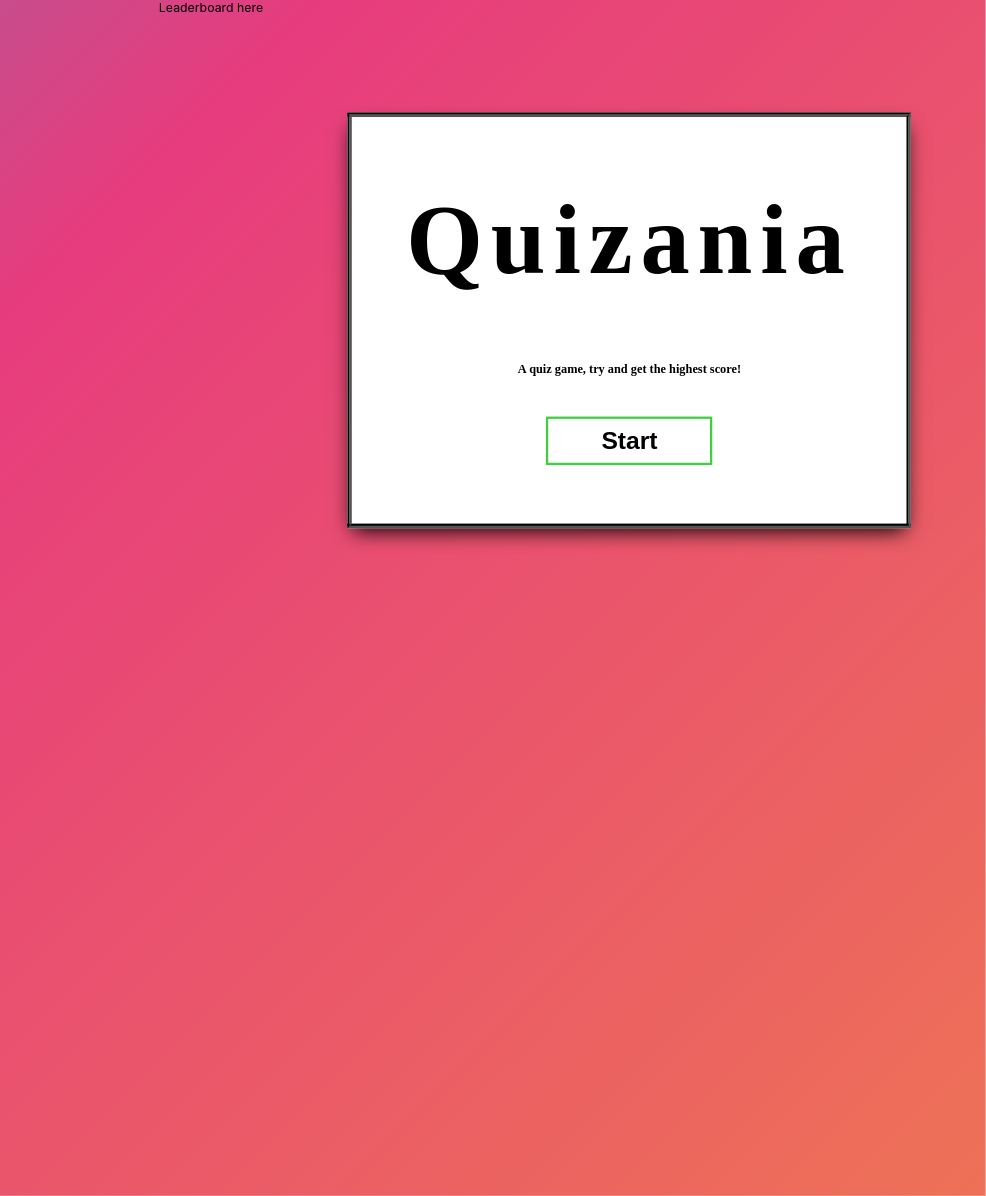
Repository: PatrickTheCodeGuy/QuizApp
Page: / (app in quizapp/)
An editor plug-in stored every save of this project. The page is shown before and after the next save, followed by the edit.
The browser window is 1280 px wide. The pictures show the whole page, at 77% of full size.
The pointer rests on the first visible `.button-start`.
The project was rebuilt for these pictures with package versions that can differ from the ones it lists, and the page was loaded fresh each time.

Above is the page before, as saved 2021-07-08 13:33:36.

### quizapp/src/index.css
body {
  margin: 0;
  font-family: -apple-system, BlinkMacSystemFont, 'Segoe UI', 'Roboto', 'Oxygen',
    'Ubuntu', 'Cantarell', 'Fira Sans', 'Droid Sans', 'Helvetica Neue',
    sans-serif;
  -webkit-font-smoothing: antialiased;
  -moz-osx-font-smoothing: grayscale;
  background: linear-gradient(-45deg, #ee7752, #e73c7e, #23a6d5, #23d5ab);
    background-size: 400% 400%;
    animation: gradient 15s ease infinite;
}

code {
  font-family: source-code-pro, Menlo, Monaco, Consolas, 'Courier New',
    monospace;
}
html, body, #app, #app>div {
  width: 100%;
  height:100%;
}

#root{
  display:flex;
}


@keyframes gradient {
    0% {
        background-position: 0% 50%;
    }
    50% {
        background-position: 100% 50%;
    }
    100% {
        background-position: 0% 50%;
    }
}

### quizapp/src/App.js
import logo from './logo.svg';
import './App.css';
import Leaderboard from './components/Leaderboard/Leaderboard';
import StartMenu from './components/StartMenu/StartMenu';


function App() {
  return (
    <div className="startMenu-container App">
          <div class="leaderboard-container">
            <Leaderboard/>
          </div>
          <div class="game-container">
            <StartMenu/>
          </div>
    </div>
  );
}

export default App;

### quizapp/src/App.css
.App {
  display:flex
}

.App-logo {
  height: 40vmin;
  pointer-events: none;
}

@media (prefers-reduced-motion: no-preference) {
  .App-logo {
    animation: App-logo-spin infinite 20s linear;
  }
}

.App-header {
  background-color: #282c34;
  min-height: 100vh;
  display: flex;
  flex-direction: column;
  align-items: center;
  justify-content: center;
  font-size: calc(10px + 2vmin);
  color: white;
}

.App-link {
  color: #61dafb;
}

@keyframes App-logo-spin {
  from {
    transform: rotate(0deg);
  }
  to {
    transform: rotate(360deg);
  }
}


.startMenu-container{
  display: flex;
  margin: 0 auto;
}

.leaderboard-container {
    width: 30%;

}

### quizapp/src/components/Leaderboard/Leaderboard.js
import React from 'react';

class Leaderboard extends React.Component {
    constructor(props){
        super(props)
        // TODO
        //state for people and scores here
    }

    render(){
        return (
            <div>Leaderboard here</div>
        )
    }
}

export default Leaderboard;

### quizapp/src/components/StartMenu/StartMenu.js
import React from 'react';
import './StartMenu.css';

class StartMenu extends React.Component {
    constructor(props){
        super(props);
        // TODO
        // determine if need logic here, may just need to be a functional component.
    }

    render(){
        return (
            <div class="menu-container">
                <h1 class="menu-text">Quizania</h1>
                <p class="regular-text">A quiz game, try and get the highest score!</p>
                <button class="button-start">Start</button>
            </div>
        )
    }
}

export default StartMenu;

### quizapp/src/components/StartMenu/StartMenu.css
.menu-text{
    font-family: 'Zen Tokyo Zoo', cursive;
    font-size: 8em;
    letter-spacing: 0.08em;
}

.regular-text{
    font-family:fantasy;
    font-weight:900;
}

.button-start{
    width: 30%;
    height: 12%;
    background: green;
    margin-top: 5%;
    color: white;
    border: 3px solid green;
    font-size: xx-large;
    font-weight: 600;
    transition: background-color 0.1s ease;
}

.button-start:hover{
    background: white;
    color: black;

    border: 3px solid rgba(0, 188, 0, 0.743);
}

.menu-container{
    border: 6px groove black;
    text-align: center;
    background-color: white;
    box-shadow: 0px 12px 25px -8px #000000;
    width: 45em;
    height: 33em;
    margin: 20% 15%;
}

Loaded but not shown: quizapp/src/index.js (common file); quizapp/src/reportWebVitals.js (common file)

After the next save:
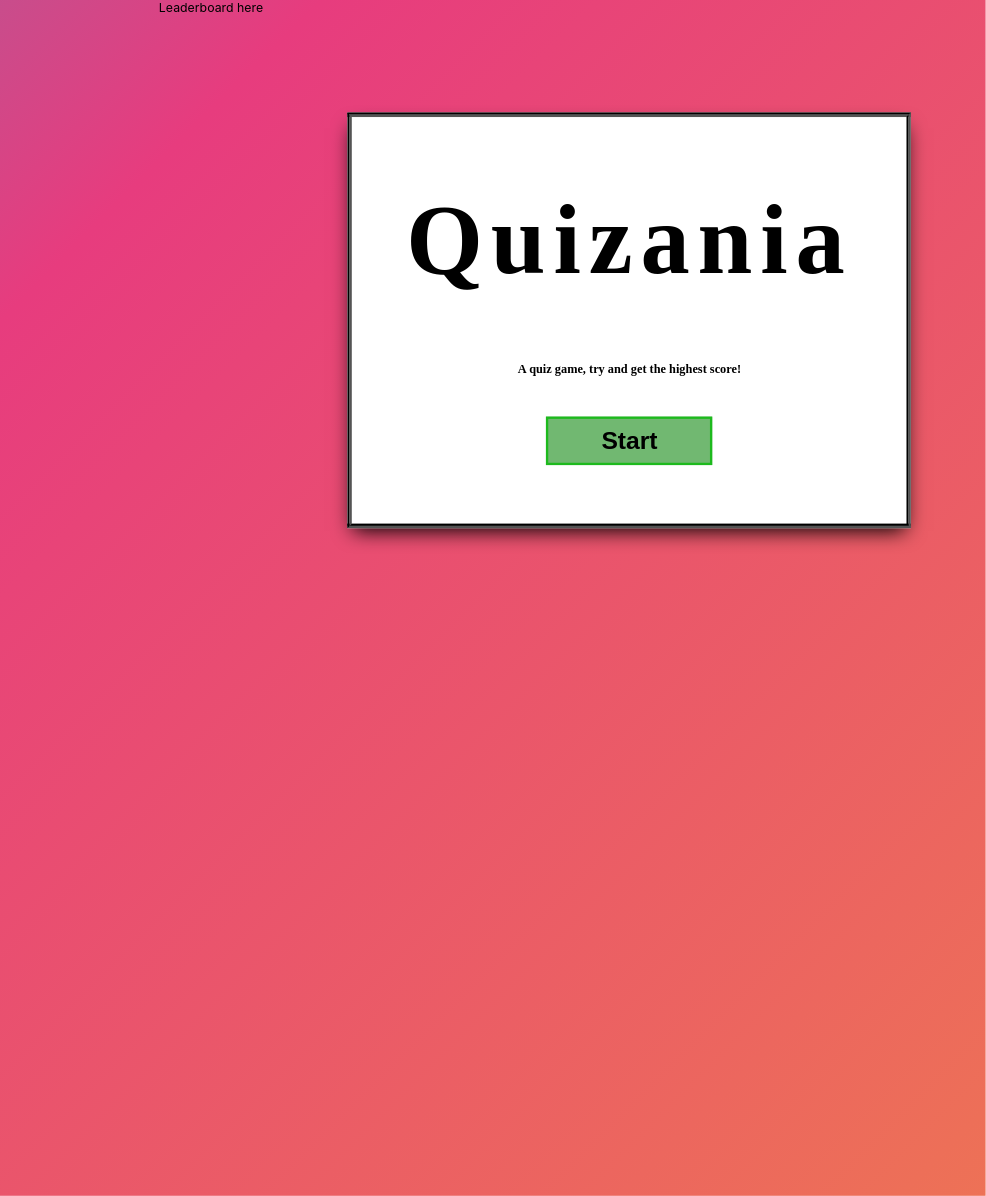
Saved 27 s later.
--- a/quizapp/src/components/StartMenu/StartMenu.css
+++ b/quizapp/src/components/StartMenu/StartMenu.css
@@ -22,9 +22,8 @@
 }
 
 .button-start:hover{
-    background: white;
+    background: rgba(0, 128, 0, 0.558);
     color: black;
-
     border: 3px solid rgba(0, 188, 0, 0.743);
 }
 
